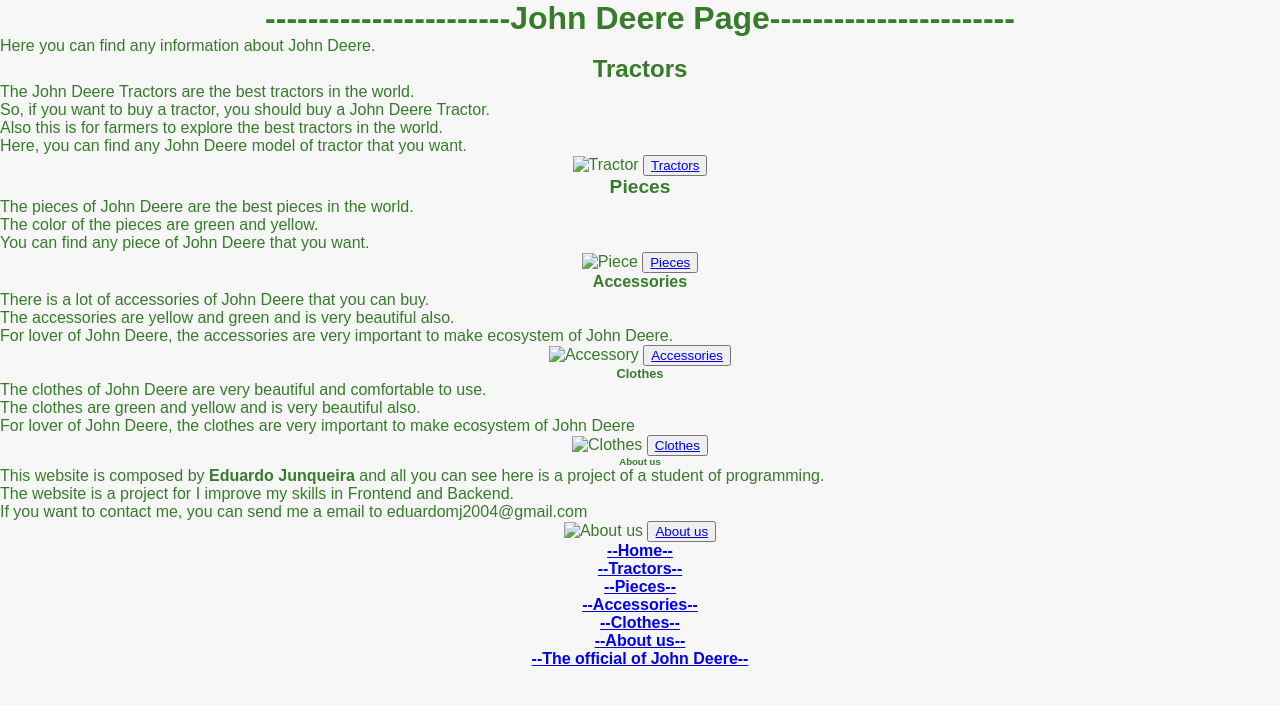
Repository: EduardoJunqueira2004/WEBJohnDeere
Page: HTML/index.html
An editor plug-in stored every save of this project. The page is shown before and after a run of saves, followed by the edit.
The browser window is 1280 px wide. The pictures show the whole page.

Above is the page before, as saved 2024-12-07 16:09:09.

After the next 2 saves:
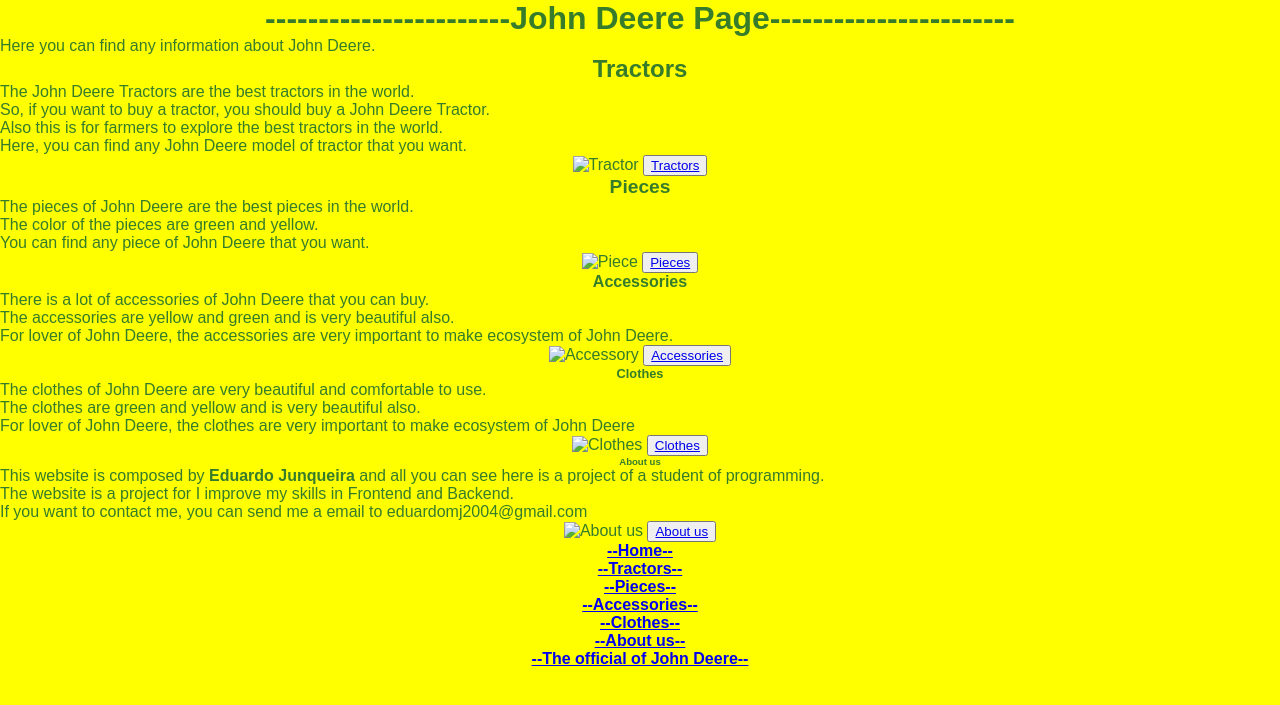
The 2 saves are shown as one change because they came seconds apart.
The last was saved 13 s later.
--- a/CSS/index.css
+++ b/CSS/index.css
@@ -2,7 +2,7 @@
 /*John Deere green and yellow */
 /*propriedades redundadntes*/
 body {
-    background-color: #f7f7f7;
+    background-color: yellow;
     color: #367C2B;
     font-family: Arial, sans-serif;
     font-size: 1em;
